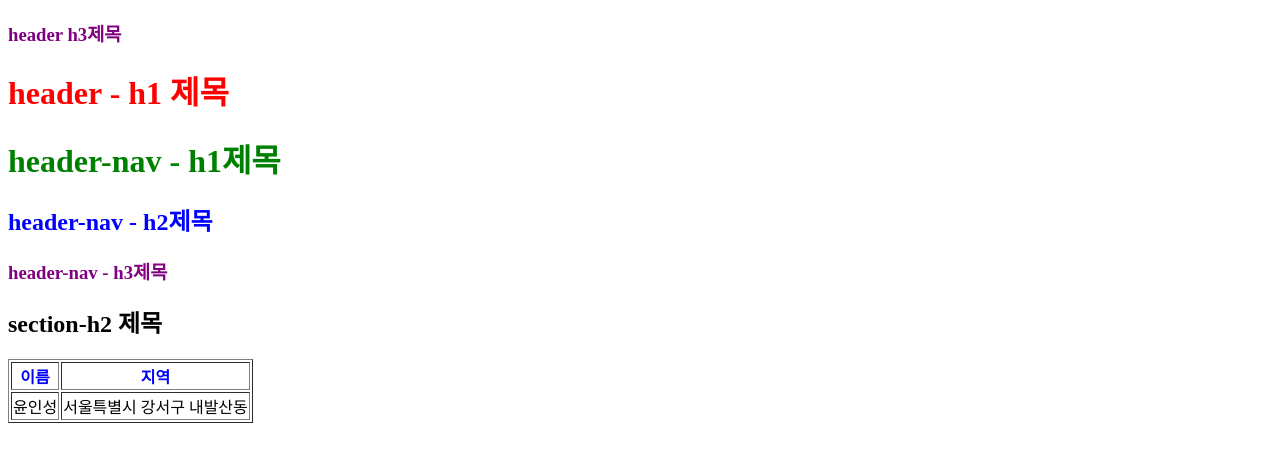
Repository: dudadab/Hhyundaiezwel_Academy
Page: CSS01/src/main/webapp/14_childSelector.html
An editor plug-in stored every save of this project. The page is shown before and after the next save, followed by the edit.
The browser window is 1280 px wide. The pictures show the whole page.

Above is the page before, as saved 2025-07-02 02:45:31.

After the next save:
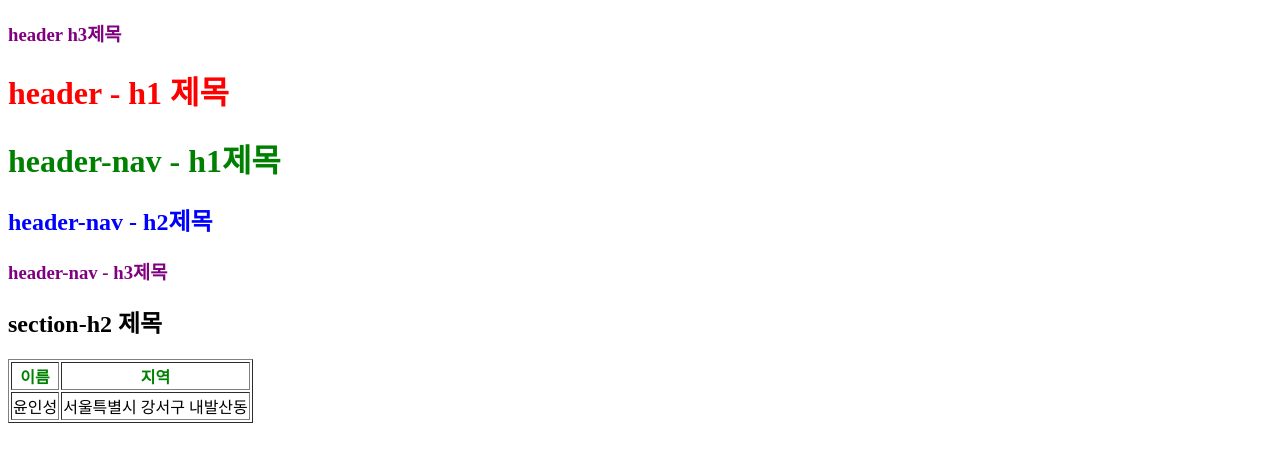
Saved 45 s later.
--- a/CSS01/src/main/webapp/14_childSelector.html
+++ b/CSS01/src/main/webapp/14_childSelector.html
@@ -19,7 +19,7 @@
 
 			tr > th {color:blue;}
 
-			table th {color:blue;}
+			table th {color:green;}
 
 		</style>
 	</head>
